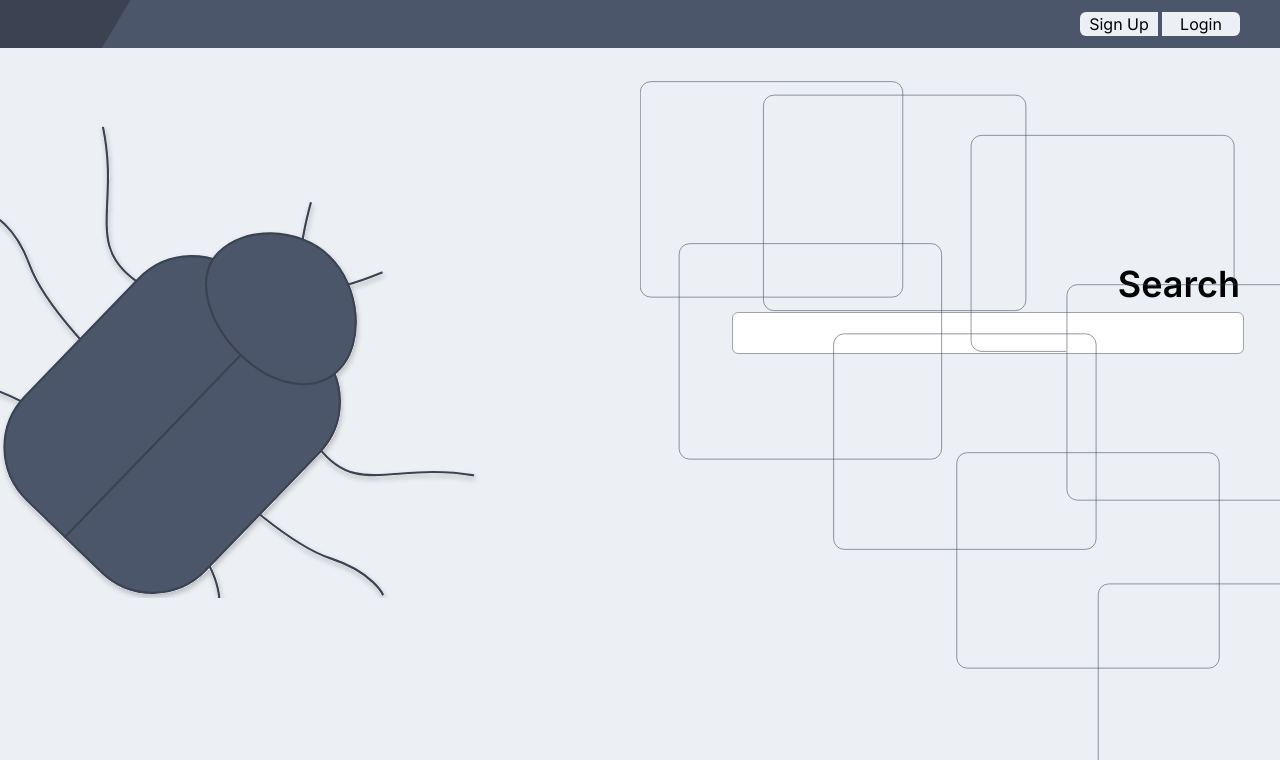
Repository: Qu4ntumGuy/project-bug
Page: /
An editor plug-in stored every save of this project. The page is shown before and after the next save, followed by the edit.
The browser window is 1280 px wide. The pictures show the whole page.
The project was rebuilt for these pictures with package versions that can differ from the ones it lists, and the page was loaded fresh each time. The framework's server and built-in components were replaced by stand-ins that run in the browser. Also part of the build but not shown: next.config.mjs, src/components/Diamond.module.css.

Above is the page before, as saved 2024-02-13 23:14:59.

After the next save:
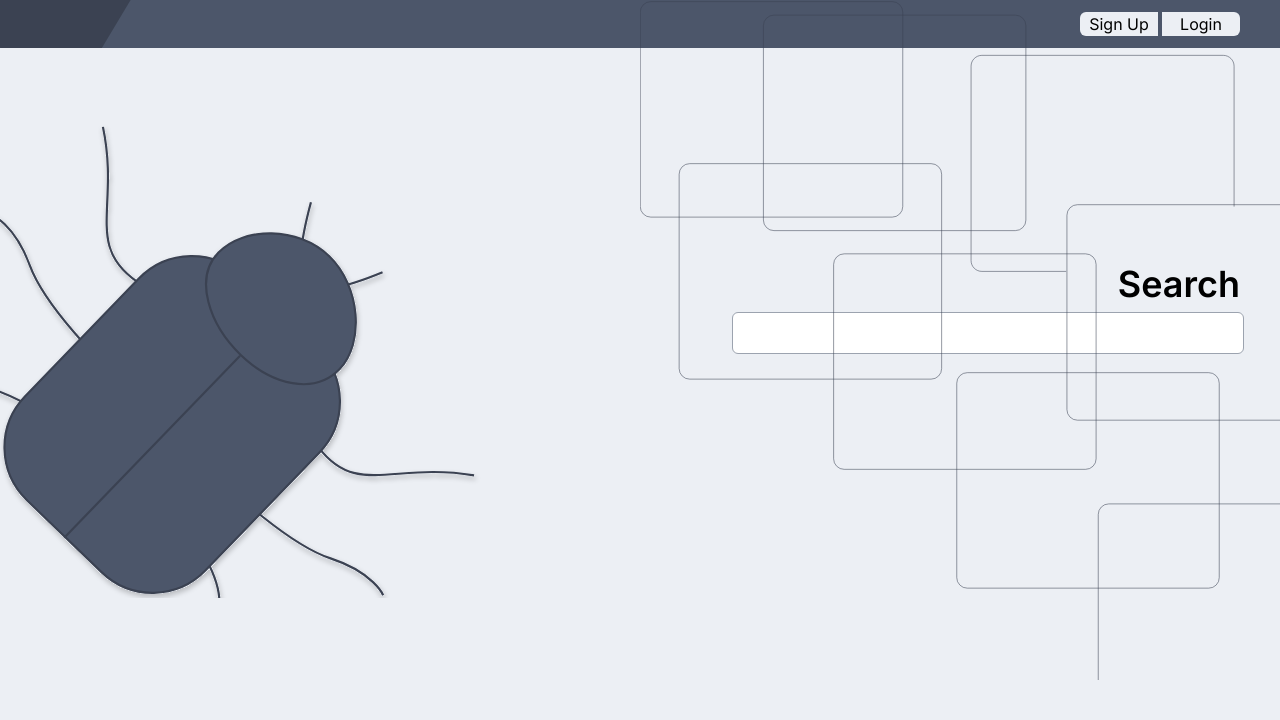
Saved 9 s later.
--- a/src/app/page.js
+++ b/src/app/page.js
@@ -17,7 +17,7 @@ export default function Home() {
         </div>
         <div className="w-full">
           <Image
-            className="absolute z-10 top-10 right-0 w-[50%] h-[100%]"
+            className="absolute z-10 -top-10 right-0 w-[50%] h-[100%]"
             height={650}
             src={bgdesign}
             alt="bgdesign"
